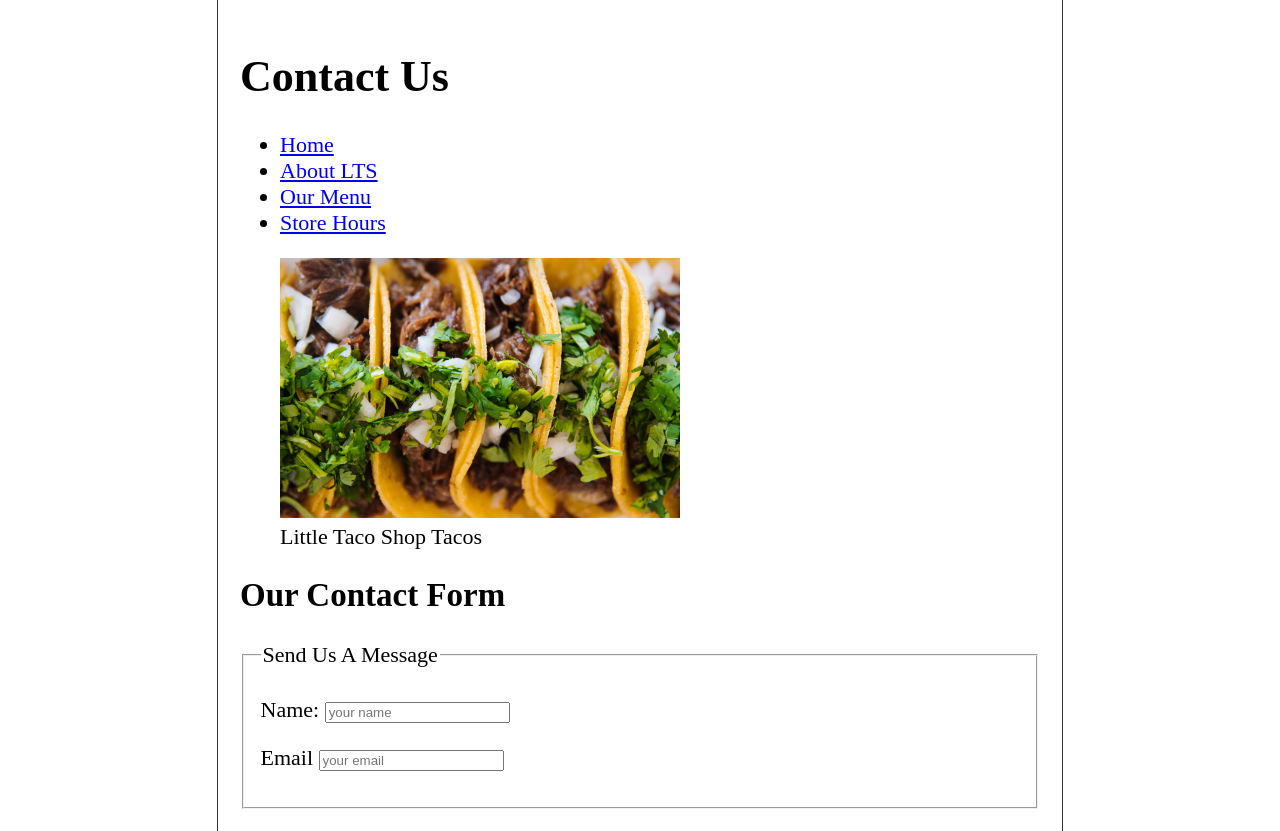
Repository: Israa-Odeh/html-basics-project
Page: contact.html
The author's editor kept a copy of each file at every save. The page is drawn from the files as they stood at one save, then again after a run of saves.
The browser window is 1280 px wide. The pictures show the whole page.

Above is the page before, as saved 2024-08-20 03:05:45.

After the next 2 saves:
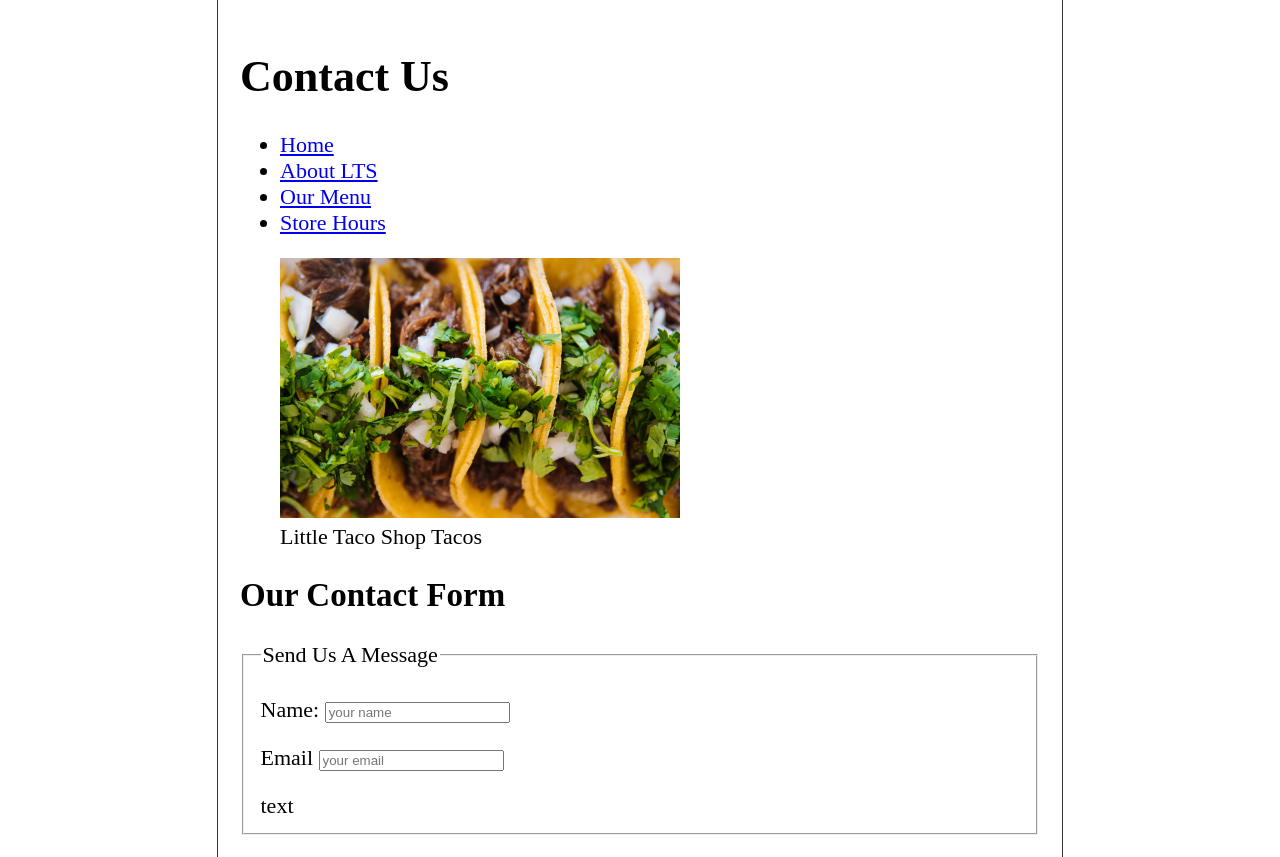
The 2 saves are shown as one change because they came seconds apart.
The last was saved 13 s later.
--- a/contact.html
+++ b/contact.html
@@ -50,6 +50,7 @@
                     <label for="email">Email</label>
                     <input type="email" id="email" name="email" placeholder="your email" required autocomplete="email">
                 </p>
+                text
             </fieldset>
         </form>
 

After the 2 saves that followed:
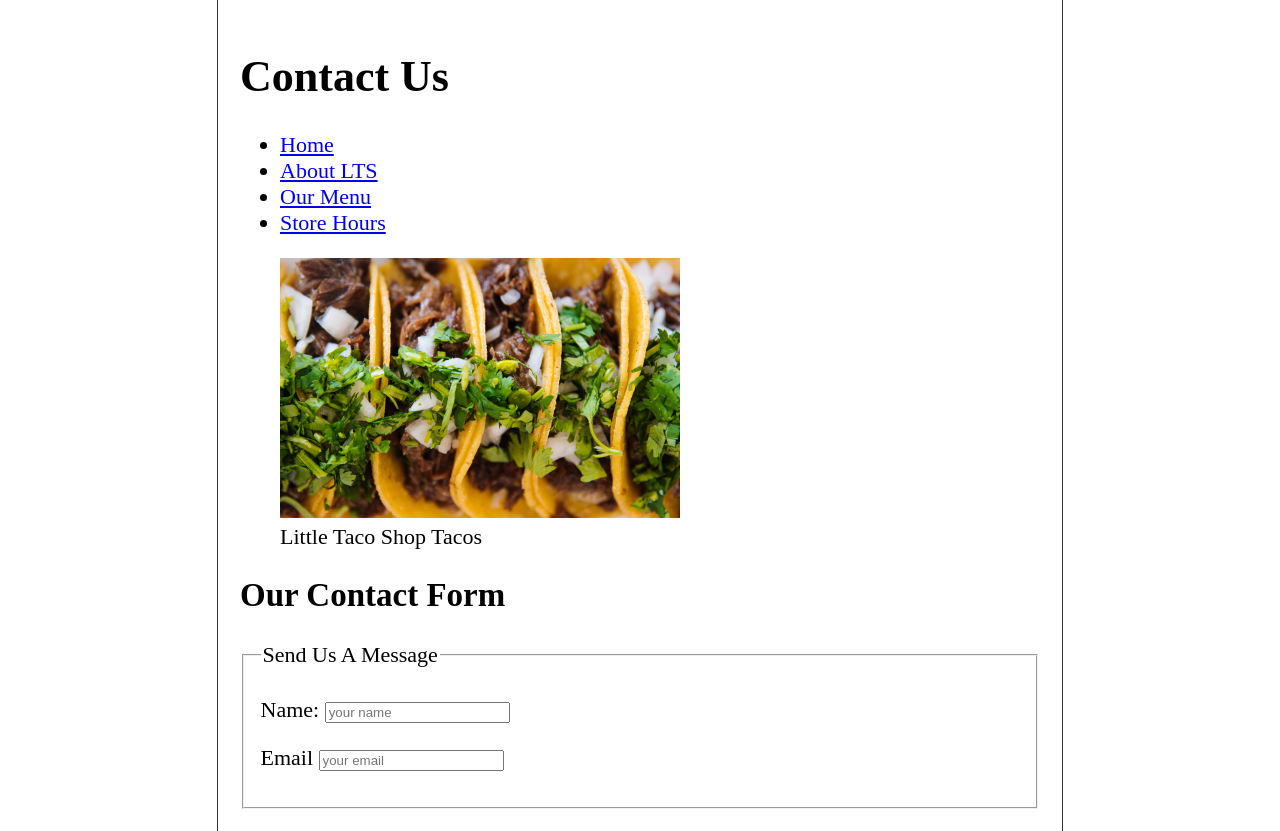
The 2 saves are shown as one change because they came seconds apart.
The last was saved 7 s later.
--- a/contact.html
+++ b/contact.html
@@ -50,7 +50,7 @@
                     <label for="email">Email</label>
                     <input type="email" id="email" name="email" placeholder="your email" required autocomplete="email">
                 </p>
-                text
+                <label for="text"></label>
             </fieldset>
         </form>
 
